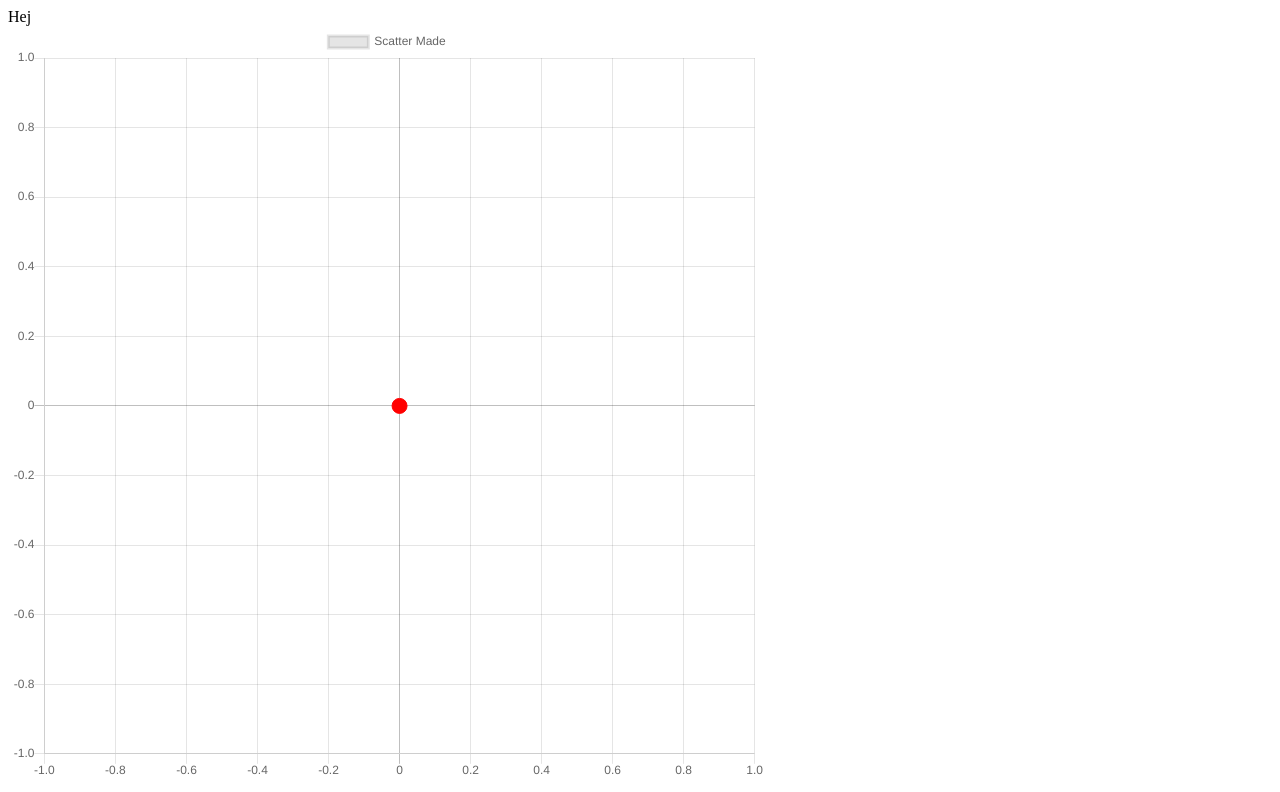
Repository: MadeleineHarbom/Cloud
Page: lektion19/WebContent/E4_random_timed.html
These files come from the project's save history. The page is drawn as it stood at one moment and after the next save; the edit follows.
The browser window is 1280 px wide. The pictures show the whole page.
Some web libraries are served in a nearby version.

Above is the page before, as saved 2020-01-27 17:14:42.

After the next save:
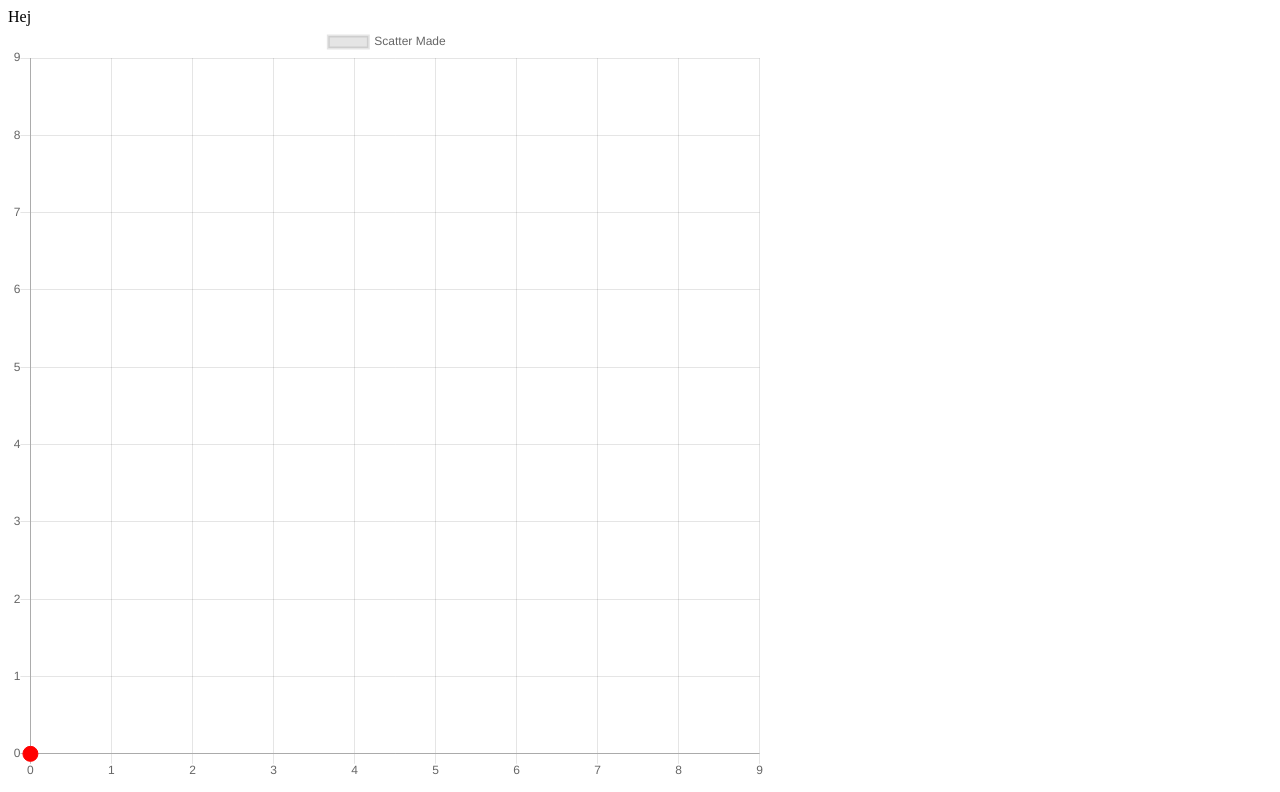
Saved 2 min 40 s later.
--- a/lektion19/WebContent/E4_random_timed.html
+++ b/lektion19/WebContent/E4_random_timed.html
@@ -41,6 +41,7 @@ Hej
     	  var rany = Math.floor(Math.random() * 10);
     	  console.log(scatterChart.config.data.datasets[0].data);
     	  scatterChart.config.data.datasets[0].data.push(ranx, rany);
+    	  scatterChart.update();
       }
 
       </script>

After the save that followed:
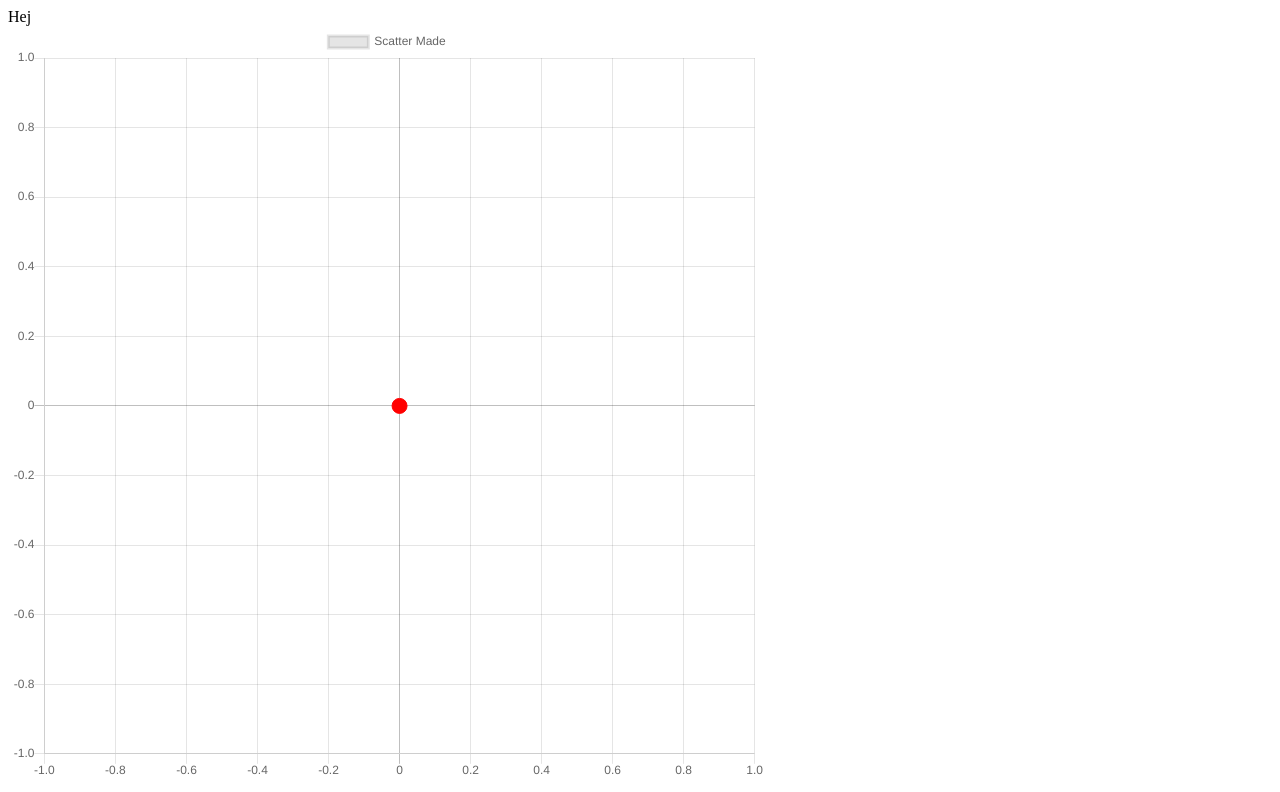
Saved 19 s later.
--- a/lektion19/WebContent/E4_random_timed.html
+++ b/lektion19/WebContent/E4_random_timed.html
@@ -28,7 +28,7 @@ Hej
           }
       })
       window.setInterval(
-    		  addData, 500)
+    		  addData, 50000)
        window.onload = function() {
           console.log("Hello console world");
           //alert("Hello alert world... please work");
